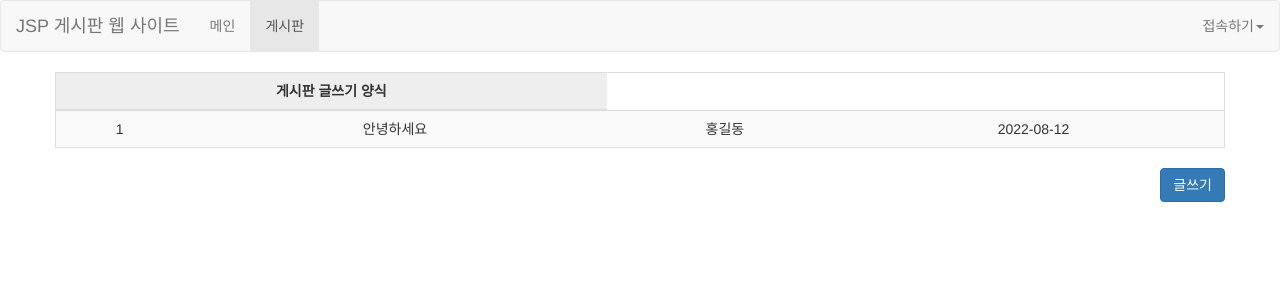
Repository: winter9388/JSP_BBS
Page: http://localhost/BBS/퍋ㅈ.jsp
An editor plug-in stored every save of this project. The page is shown before and after the next save, followed by the edit.
The browser window is 1280 px wide. The pictures show the whole page.
Some web libraries are served in a nearby version. The page is served by Tomcat 9. Other server files are loaded and not shown.

Above is the page before, as saved 2022-08-12 12:19:00.

### BBS/src/main/webapp/퍋ㅈ.jsp
<%@ page language="java" contentType="text/html; charset=UTF-8"
    pageEncoding="UTF-8"%>
<%@ page import="java.io.PrintWriter" %>
<!DOCTYPE html>
<html>
<head>
<meta charset="UTF-8">
<meta name="viewport" content="width=device-width", initial-scale="1">
<link rel="stylesheet" href="css/bootstrap.css">
<title>JSP 게시판 웹 사이트</title>
</head>
<body>
	<%
		String userID = null;
		if(session.getAttribute("userID") != null){ // 세션값이 존재하면
			userID = (String)session.getAttribute("userID"); // userID에 새션값을 입력
		}
	%>
	<nav class="navbar navbar-default">
		<div class="navbar-header">
			<button type="button" class="navbar-toggle collapsed"
				data-toggle="collapse" data-target="#bs-example-navbar-collapse-1"
				aria-expended="false">
				<span class="icon-bar"></span>
				<span class="icon-bar"></span>
				<span class="icon-bar"></span>
			</button>
			<a class="navbar-brand" href="main.jsp">JSP 게시판 웹 사이트</a>
		</div>
		<div class="collapse navbar-collapse" id="bs-example-navbar-collapse-1"
			aria-expended="false">
			<ul class="nav navbar-nav">
				<li><a href="main.jsp">메인</a></li>
				<li class="active"><a href="bbs.jsp">게시판</a></li>
			</ul>

			<%
				if(userID == null){ //세션이 없는경우 (로그인 되있지 않은 경우)만 아래 항목들을 보여줌
			%>
			<ul class="nav navbar-nav navbar-right">
				<li class="dropdown">
					<a href="#" class="dropdown-toggle"
						data-toggle="dropdown" role="button" aria-haspopup="true"
						aria-expanded="false">접속하기<span class="caret"></span></a>
					<ul class="dropdown-menu">
						<li><a href="login.jsp">로그인</a></li>
						<li><a href="join.jsp">회원가입</a></li>
					</ul>
				</li>
			</ul>
			<%
				} else {
			%>
			<ul class="nav navbar-nav navbar-right">
				<li class="dropdown">
					<a href="#" class="dropdown-toggle"
						data-toggle="dropdown" role="button" aria-haspopup="true"
						aria-expanded="false">회원관리<span class="caret"></span></a>
					<ul class="dropdown-menu">
						<li><a href="logoutAction.jsp">로그아웃</a></li>
					</ul>
				</li>
			</ul>
			<%
				}
			%>
		</div>
	</nav>

	<!--  -->
	<div class="container">
		<div class="row">
			<table class="table table-striped" style="text-align: center; border: 1px solid #dddddd"> <!-- table-striped -> 테이블의 짝수 홀수 열 구분 -->
				<thead>
					<tr>
						<th colspan="2" style="background-color: #eeeeee; text-align: center">게시판 글쓰기 양식</th>
					</tr>
				</thead>
				<tbody>
					<tr>
						<td>1</td>
						<td>안녕하세요</td>
						<td>홍길동</td>
						<td>2022-08-12</td>
					</tr>
				</tbody>
			</table>
			<a href="write.jsp" class="btn btn-primary pull-right">글쓰기</a>
		</div>
	</div>

	<script src="https://code.jquery.com/jquery-3.1.1.min.js"></script>
	<script src="js/bootstrap.js"></script>
</body>
</html>

Loaded but not shown: BBS/src/main/webapp/css/bootstrap.css (library); BBS/src/main/webapp/js/bootstrap.js (library)

After the next save:
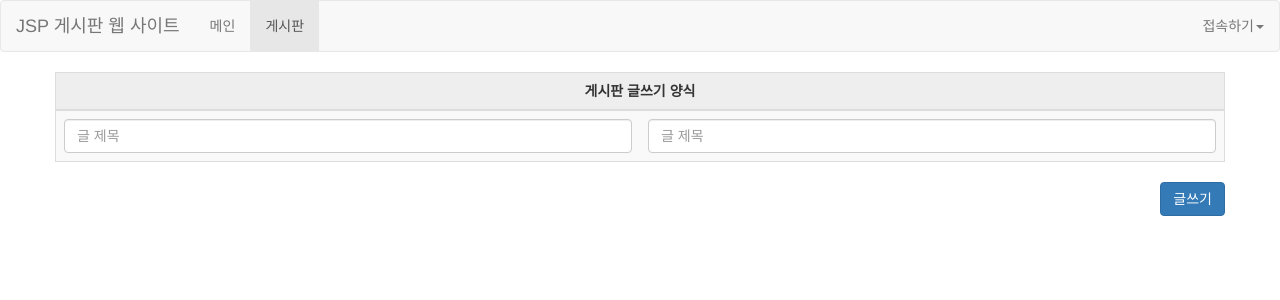
Saved 2 min 15 s later.
--- a/BBS/src/main/webapp/퍋ㅈ.jsp
+++ b/BBS/src/main/webapp/퍋ㅈ.jsp
@@ -78,10 +78,8 @@
 				</thead>
 				<tbody>
 					<tr>
-						<td>1</td>
-						<td>안녕하세요</td>
-						<td>홍길동</td>
-						<td>2022-08-12</td>
+						<td><input type="text" class="form-control" placeholder="글 제목" name="bbsTitle" maxlength="50"></td>
+						<td><input type="text" class="form-control" placeholder="글 제목" name="bbsTitle" maxlength="50"></td>
 					</tr>
 				</tbody>
 			</table>
